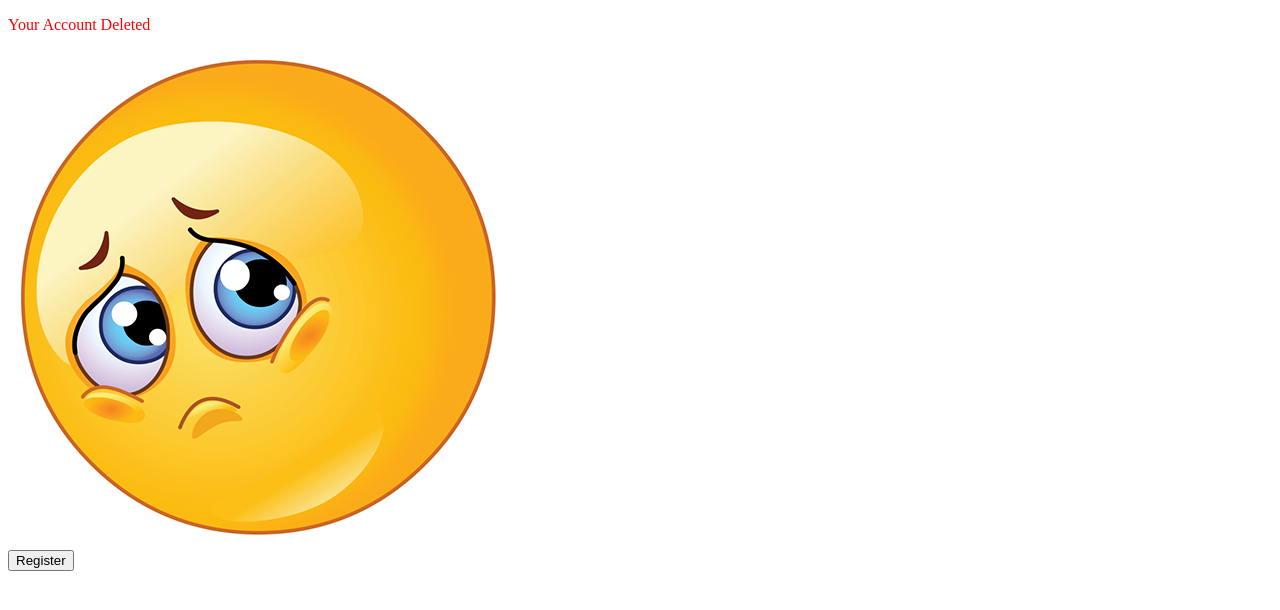
Repository: iamvinayhv/Servlet
Page: http://localhost/EmployeeApp/jsp/deletecomplete.jsp
These files come from the project's save history. The page is drawn as it stood at one moment and after the next save; the edit follows.
The browser window is 1280 px wide. The pictures show the whole page.
The page is served by Tomcat 9.

Above is the page before, as saved 2017-03-10 05:43:57.

After the next save:
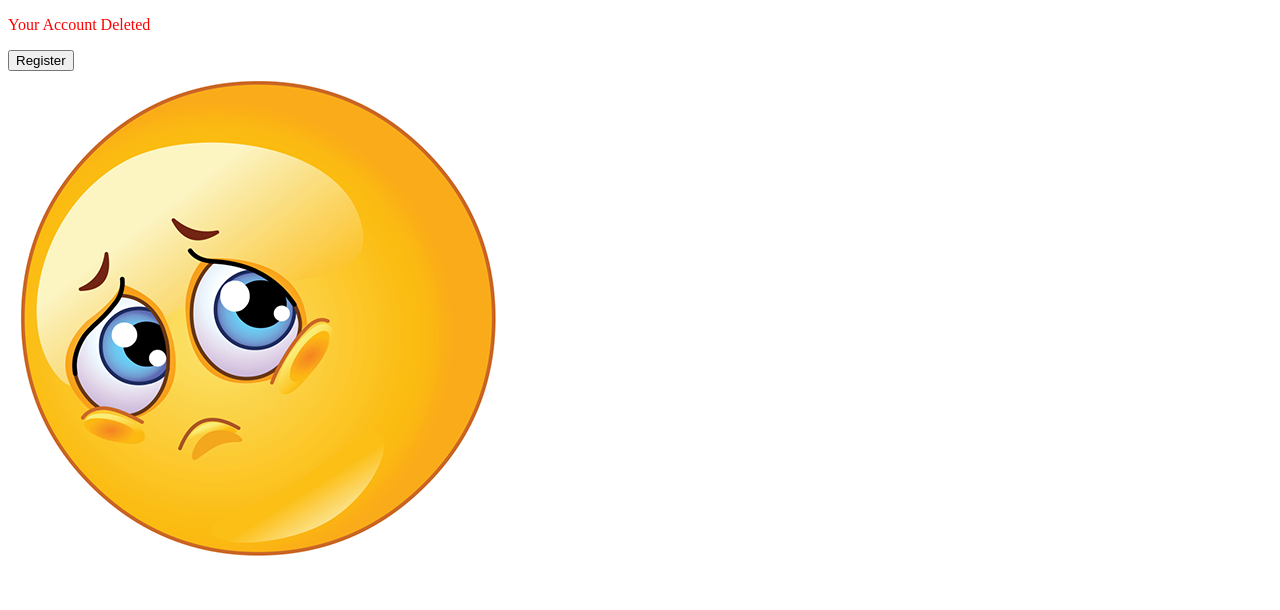
Saved 26 s later.
--- a/EmployeeApp/WebContent/jsp/deletecomplete.jsp
+++ b/EmployeeApp/WebContent/jsp/deletecomplete.jsp
@@ -9,10 +9,11 @@
 <body>
 <p style="color:red;">Your Account Deleted</p>
 
-<img alt="logo" src="sad.png"><br/>
-
 <a href="register.jsp">
 <input align="right" type= "submit" value="Register"></a><br/>
 
+<img alt="logo" src="sad.png"><br/>
+
+
 </body>
 </html>
